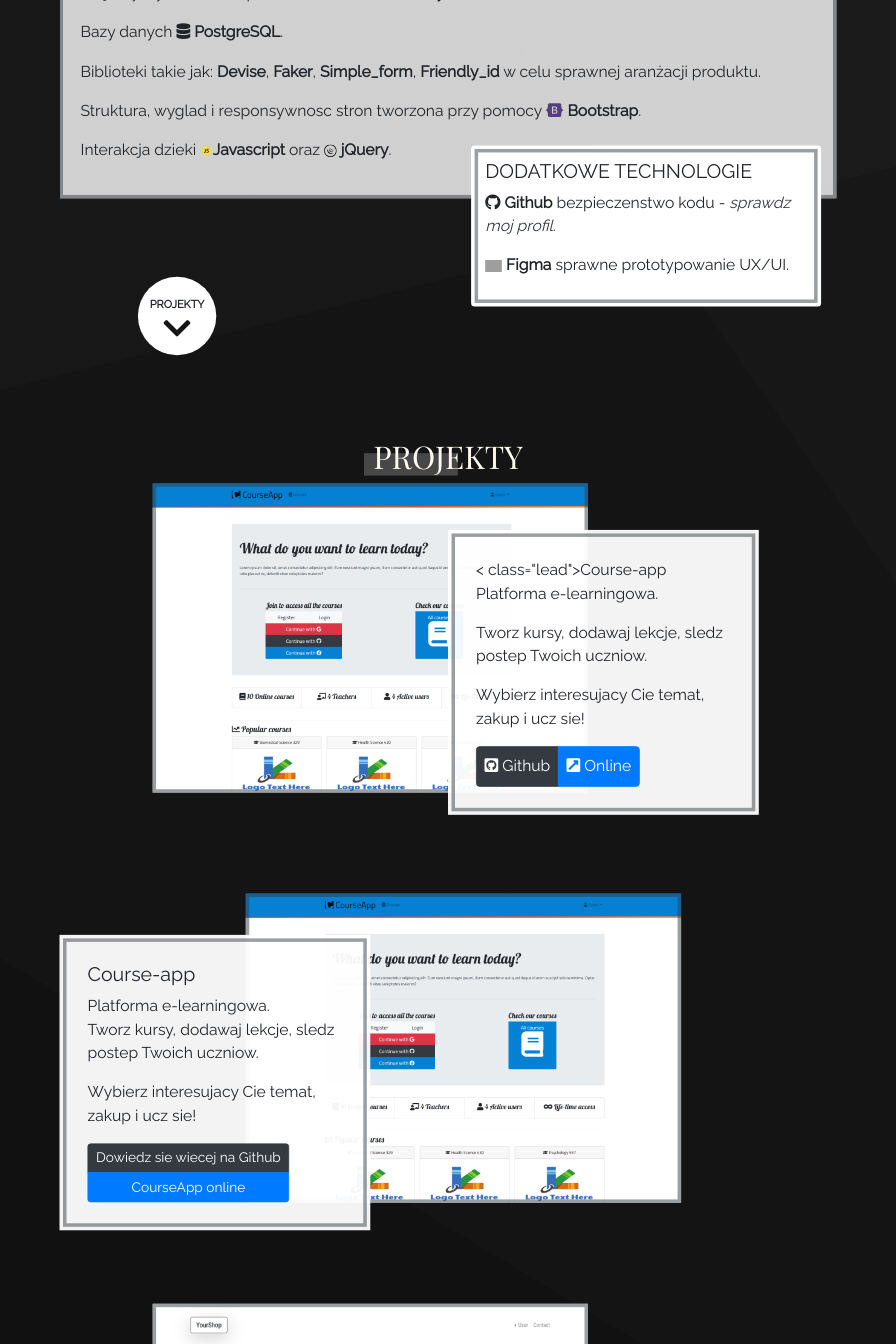
Repository: debicky/debicky.github.io
Page: index.html
An editor plug-in stored every save of this project. The page is shown before and after the next save, followed by the edit.
The browser window is 1280 px wide. The pictures show the part of the page from y = 958 to 2878 px (the page is 4633 px tall), at 70% of full size.
Pictures or frames that could not be fetched are drawn as grey boxes. Some web libraries are served in a nearby version.

Above is the page before, as saved 2020-06-16 09:02:04.

After the next save:
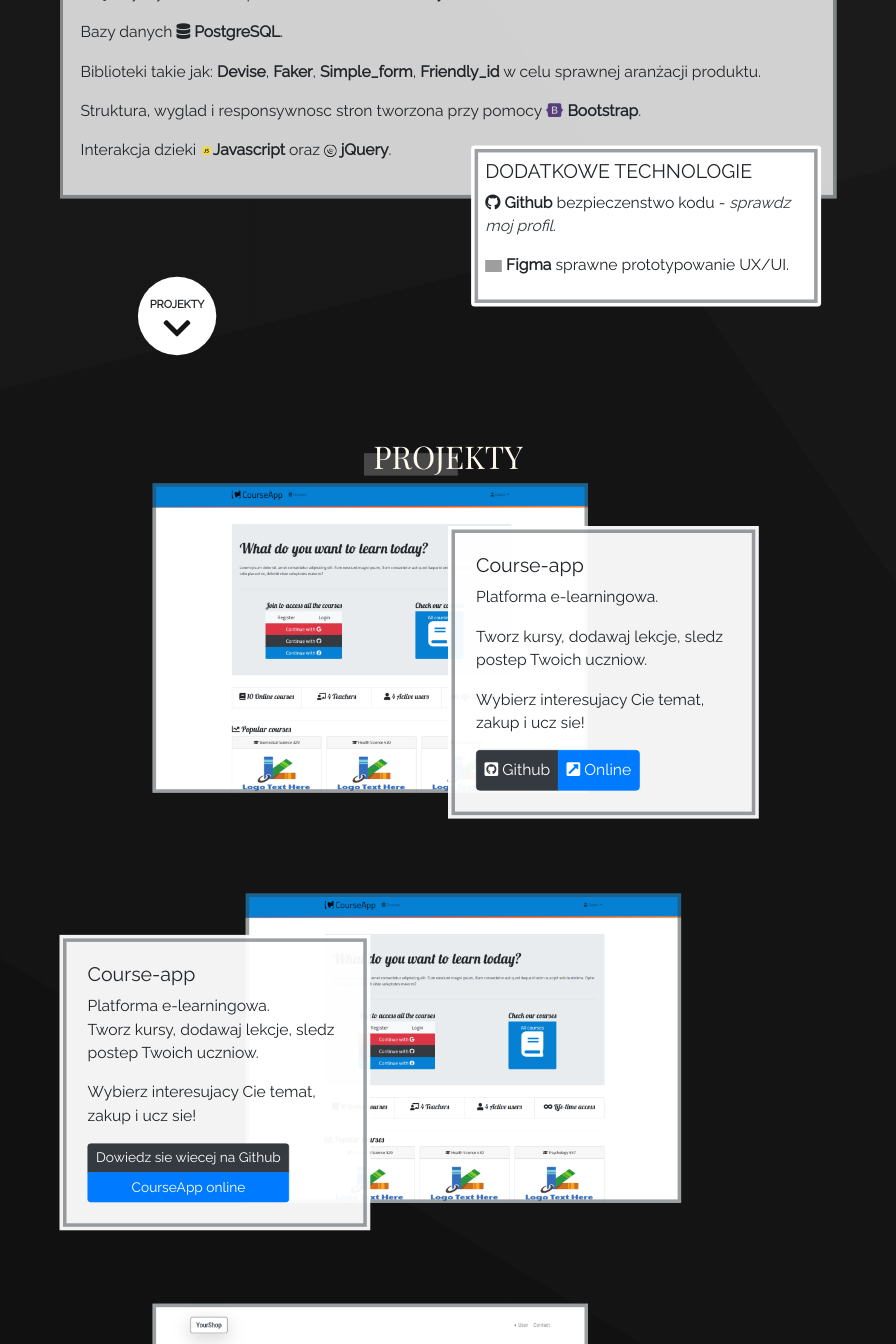
Saved 5 s later.
--- a/index.html
+++ b/index.html
@@ -79,7 +79,7 @@
 
         <div class="project-content" data-aos="fade-right" data-aos-duration="1000">
           <div class="project-description">
-            < class="lead">Course-app</>
+            <h5 class="lead">Course-app</h5>
             <p class="text-small">Platforma e-learningowa.</p>
             <p>Tworz kursy, dodawaj lekcje, sledz postep Twoich uczniow.</p>
             <p>Wybierz interesujacy Cie temat, zakup i ucz sie!</p>
